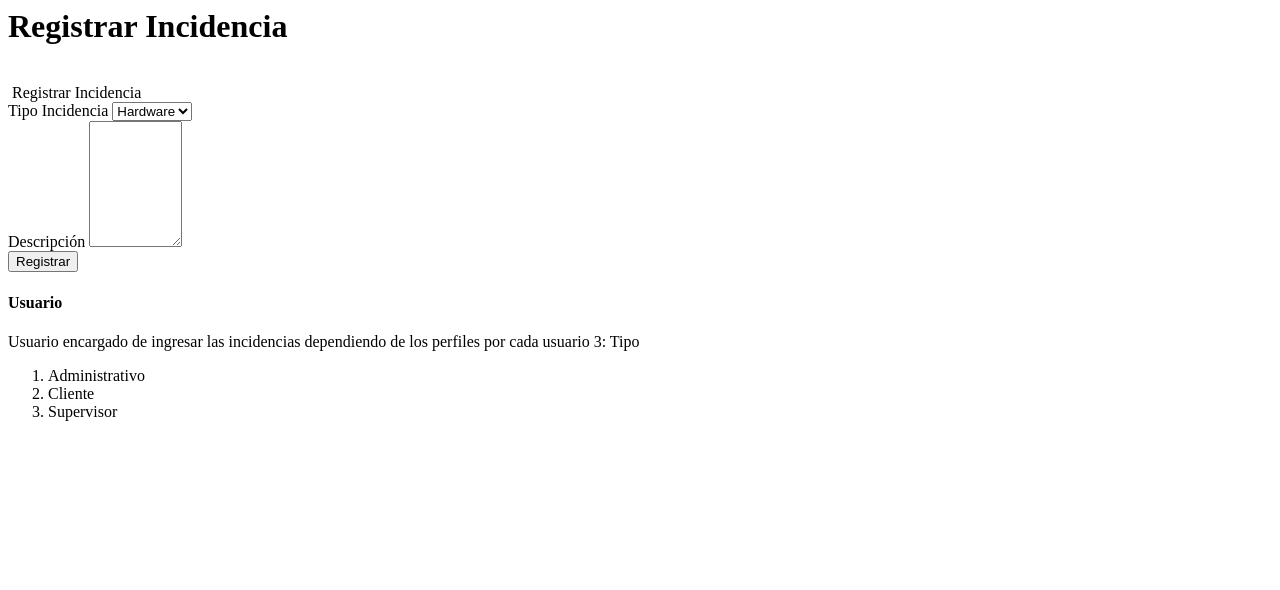
Repository: androla10/ProyectoCibert5to
Page: http://localhost/GDI/Incidencia/RegistrarIncidencia.jsp
The author's editor kept a copy of each file at every save. The page is drawn from the files as they stood at one save, then again after the next save.
The browser window is 1280 px wide. The pictures show the whole page.
The page is served by Tomcat 9. Nobody is signed in. The application's start-up code is not run.

Above is the page before, as saved 2016-05-10 21:54:37.

After the next save:
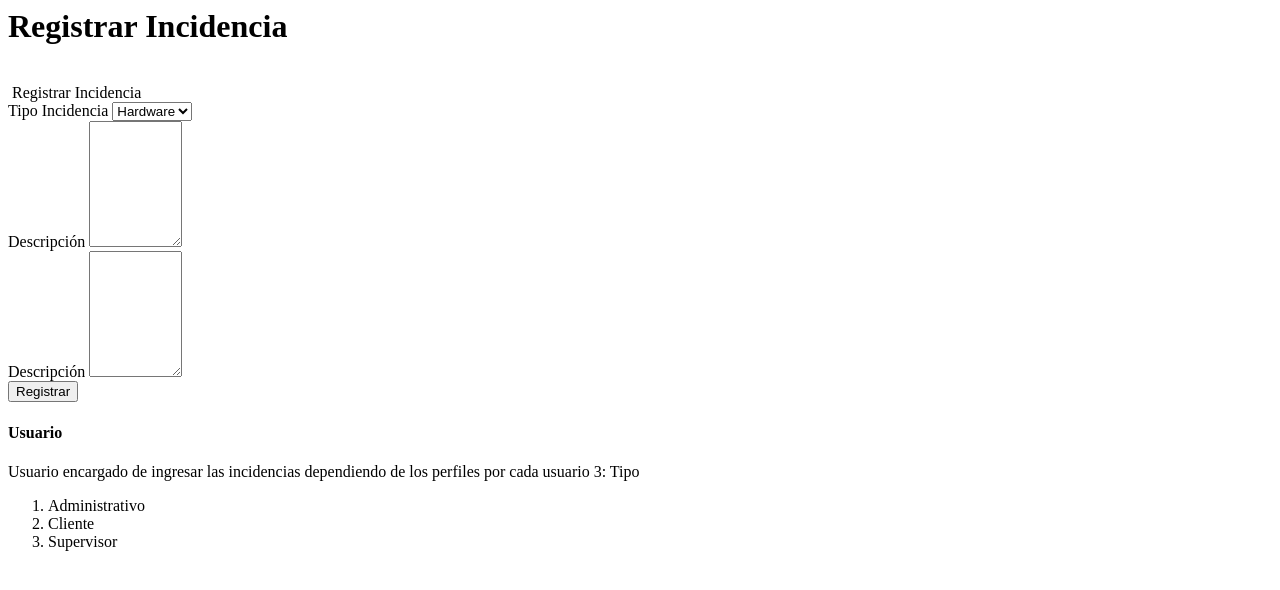
Saved 19 s later.
--- a/GDI/src/main/webapp/Incidencia/RegistrarIncidencia.jsp
+++ b/GDI/src/main/webapp/Incidencia/RegistrarIncidencia.jsp
@@ -15,6 +15,10 @@
 								<option value="1">Hardware</option>
 								<option value="2">Software</option>
 							</select>
+						</div>
+						<div class="form-group">
+							<label for="descripcion">Descripción</label>
+							<textarea type="text" class="form-control" name="usuario.apellido" id="descripcion" rows="8" cols="9"></textarea>
 						</div>
 						<div class="form-group">
 							<label for="descripcion">Descripción</label>
